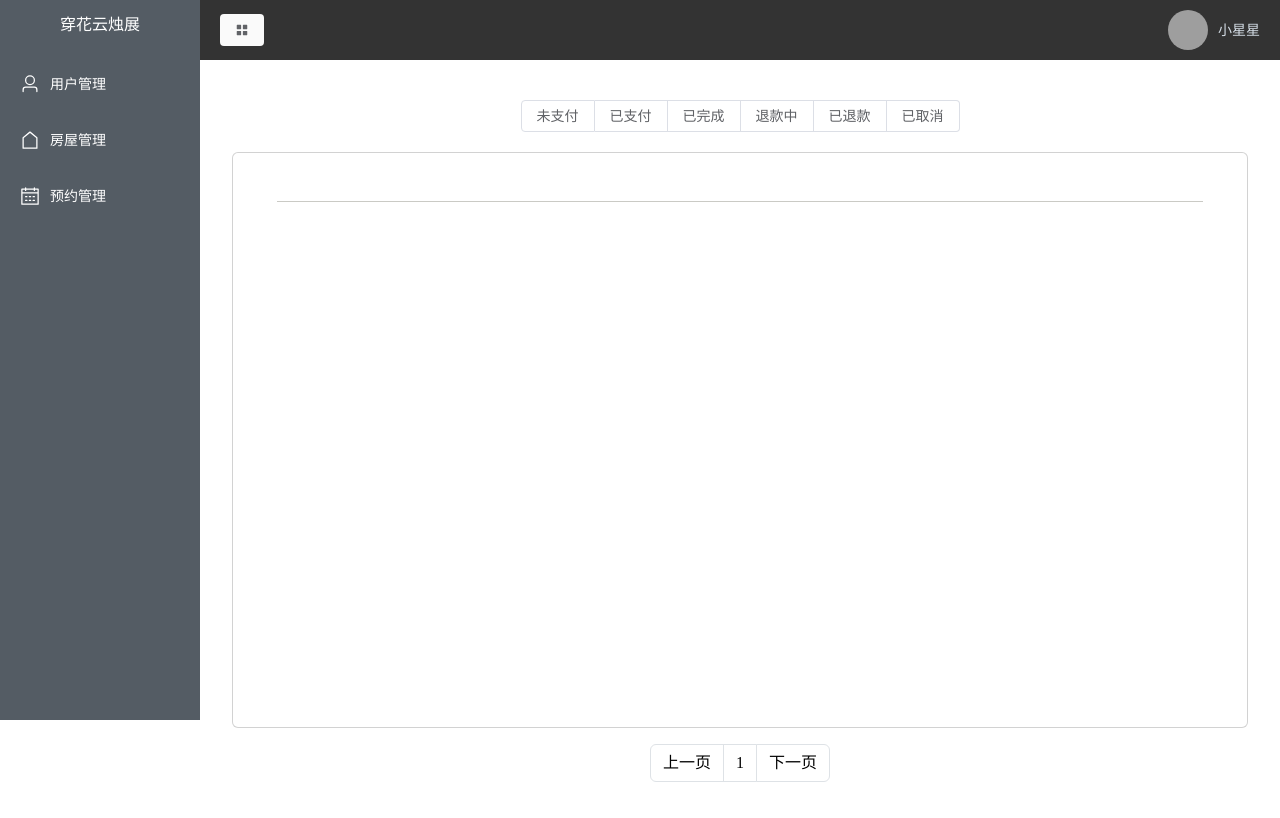
Repository: 3403784285-lucky/test-vue-big
Page: /manage/preview
The author's editor kept a copy of each file at every save. The page is drawn from the files as they stood at one save, then again after the next save.
The browser window is 1280 px wide. The pictures show the whole page.
Pictures or frames that could not be fetched are drawn as grey boxes. The page's requests for data from a server got no answer. The project was rebuilt for these pictures with package versions that can differ from the ones it lists, and the page was loaded fresh each time. No one was signed in, and anything a server would have sent is missing. Also part of the build but not shown: vite.config.js, src/components/HelloWorld.vue, src/components/WelcomeItem.vue, src/components/icons/IconDocumentation.vue, src/components/icons/IconTooling.vue, src/components/icons/IconEcosystem.vue, src/components/icons/IconCommunity.vue, src/components/icons/IconSupport.vue and 2 more. Imported but missing from the stored project, and not drawn on this page: src/views/user/UserPassword.vue.

Above is the page before, as saved 2024-06-22 11:24:00.

### src/main.js
/*
 * @Author: 3403784285-lucky 147294730+3403784285-lucky@users.noreply.github.com
 * @Date: 2023-11-22 15:07:09
 * @LastEditors: 3403784285-lucky 147294730+3403784285-lucky@users.noreply.github.com
 * @LastEditTime: 2023-12-07 16:18:51
 * @FilePath: \test-vue-big\src\main.js
 * @Description: 这是默认设置,请设置`customMade`, 打开koroFileHeader查看配置 进行设置: https://github.com/OBKoro1/koro1FileHeader/wiki/%E9%85%8D%E7%BD%AE
 */
import { createApp } from 'vue'
import pinia from './stores'
import App from './App.vue'
import router from './router'
import '@/assets/main.scss'
import 'jquery/dist/jquery.min'
import 'bootstrap/dist/css/bootstrap.css'
import 'bootstrap/dist/js/bootstrap'
import 'bootstrap/dist/js/bootstrap.bundle.min' // 注意这里使用了 bundle 版本，它包含了 Popper.js
import '@/assets/font/iconfont.css'

import ElementPlus from 'element-plus'//引入Element Plus库，用于创建UI界面
import 'element-plus/dist/index.css'//引入Element Plus库的CSS样式表
const app = createApp(App)
//带有凭证，跨域操作
// axios.defaults.withCredentials = true
app.use(pinia)
app.use(router)

app.use(ElementPlus);
app.mount('#app')

import * as ELIcons from '@element-plus/icons-vue'
// 全局导入element plus图标
for (let iconName in ELIcons) {
    app.component(iconName, ELIcons[iconName])
}

### src/stores/index.js
//pinia独立维护

import { createPinia } from 'pinia'
import { defineStore } from 'pinia';

import persist from 'pinia-plugin-persistedstate'
const pinia = createPinia()

pinia.use(persist)
//统一导出
export default pinia
export * from './modules/user'
export * from './modules/counter'

export * from './modules/time'
export const useButtonStore = defineStore('button', {
    state: () => ({
        fromButton: false
    }),
    actions: {
        setFromButton(value) {
            this.fromButton = value;
        }
    }
});

### src/App.vue
<script setup>


</script>

<template>
  <router-view ></router-view>
</template>

<style scoped>

*{
  padding: 0;
  margin: 0;
}


</style>
<!-- "lint-staged": {
       "*.{js,ts,vue}": [
         "eslint --fix"
       ]
     } -->

### src/assets/main.scss
body{
    margin: 0;
    background-color: #f5f5f5;
}
// fade-slide

### src/assets/font/iconfont.css
@font-face {
  font-family: "iconfont"; /* Project id 4248113 */
  src: url('iconfont.woff2?t=1702733858370') format('woff2'),
       url('iconfont.woff?t=1702733858370') format('woff'),
       url('iconfont.ttf?t=1702733858370') format('truetype');
}

.iconfont {
  font-family: "iconfont" !important;
  font-size: 16px;
  font-style: normal;
  -webkit-font-smoothing: antialiased;
  -moz-osx-font-smoothing: grayscale;
}

.icon-shouye:before {
  content: "\e614";
}

.icon-weizhi:before {
  content: "\e615";
}

.icon-jinggao:before {
  content: "\e627";
}

.icon-yishoucang:before {
  content: "\e622";
}

.icon-shangchuangequ:before {
  content: "\e62e";
}

.icon-yunxiazai:before {
  content: "\e601";
}

.icon-shoucang1:before {
  content: "\e602";
}

.icon-xiazai2:before {
  content: "\e667";
}

.icon-xiazai1:before {
  content: "\e635";
}

.icon-chuangjiangedan:before {
  content: "\e613";
}

.icon-shouqipinglun:before {
  content: "\e6a2";
}

.icon-fanhui:before {
  content: "\e71e";
}

.icon-OTCrenzheng:before {
  content: "\e641";
}

.icon-xinzeng:before {
  content: "\e616";
}

.icon-gedanbiaoqian:before {
  content: "\e6b9";
}

.icon-svg_nav_Like_press:before {
  content: "\e612";
}

.icon-bianji:before {
  content: "\e600";
}

.icon-shoucang:before {
  content: "\e611";
}

.icon-peach-flower:before {
  content: "\e674";
}

.icon-bofangqi-bofang:before {
  content: "\e6a4";
}

.icon-huifu:before {
  content: "\e625";
}

.icon-xunhuanbofang:before {
  content: "\e6cc";
}

.icon-jingyin:before {
  content: "\e6e5";
}

.icon-ks3_music:before {
  content: "\e662";
}

.icon-nansheng:before {
  content: "\e64a";
}

.icon-nvsheng:before {
  content: "\e64b";
}

.icon-shangyiyehoutuifanhui-xianxingyuankuang:before {
  content: "\e8ef";
}

.icon-xiayiyeqianjinchakangengduo-xianxingyuankuang:before {
  content: "\e8f0";
}

.icon-002jingyin:before {
  content: "\e675";
}

.icon-yinliang:before {
  content: "\e63c";
}

.icon-jushoucang:before {
  content: "\e643";
}

.icon-zanting:before {
  content: "\e618";
}

.icon-shangyishou-yuanshijituantubiao:before {
  content: "\e62c";
}

.icon-xiayishou-yuanshijituantubiao:before {
  content: "\e62d";
}

.icon-suspend:before {
  content: "\e67d";
}

.icon-bianzu03_x:before {
  content: "\e6f2";
}

.icon-bofang-xunhuanbofang:before {
  content: "\e68d";
}

.icon-icon-spring-pink:before {
  content: "\e725";
}

.icon-sousuo:before {
  content: "\e651";
}

.icon-remen:before {
  content: "\e8f4";
}

.icon-yinleliebiao:before {
  content: "\e67c";
}

.icon-kekeaiaixiaopenzai-:before {
  content: "\e60c";
}

.icon-ego-favorite:before {
  content: "\e610";
}

.icon-xiazai:before {
  content: "\e60e";
}

.icon-xihuan:before {
  content: "\e61d";
}

### src/stores/modules/user.js
import { defineStore } from 'pinia'
import { ref } from 'vue'

// 用户模块  token setToken removeToken

export const useUserStore = defineStore(
    'big-user',
    () => {
        const token = ref('')
        const userId = ref('0')
        const email = ref('')
        const name = ref('')
        const pic = ref('')

        const setToken = (newValue) => {
            token.value = newValue
        }

        const removeToken = () => {
            token.value = ''
        }

        const updateUserInfo = (newUserInfo) => {
            if (newUserInfo.userId !== undefined) {
                userId.value = newUserInfo.userId
            }
            if (newUserInfo.email !== undefined) {
                email.value = newUserInfo.email
            }
            if (newUserInfo.name !== undefined) {
                name.value = newUserInfo.name
            }
            if (newUserInfo.pic !== undefined) {
                pic.value = newUserInfo.pic
            }
        }

        return {
            token,
            userId,
            email,
            name,
            pic,
            setToken,
            removeToken,
            updateUserInfo
        }
    },
    {
        persist: true
    }
)

### src/stores/modules/counter.js
import { defineStore } from 'pinia'
import { ref } from 'vue'

//数字计数器模块

export const useCountStore = defineStore(
  'big-count',
  () => {
    const count = ref(60)
    const sub = () => {
      count.value--
    }
    return {
      count,
      sub
    }
  },
  {
    persist: {
      enabled: true,
      key: 'tempCount',
      storage: sessionStorage
    }
  }
)

### src/stores/modules/time.js
import { defineStore } from 'pinia'
import { ref } from 'vue'

//数字计数器模块

export const useTimeStore = defineStore(
  'temporary',
  () => {
    const house = ref({})
    const order = ref({})
    const finish = ref('')
    const cancel = ref('')
    const loading= ref(false)
    const refresh=ref(false)


    const activeTab = ref('待支付')
    return {
      house,
      order,
      activeTab,
      finish,
      loading,
      cancel,
      refresh
    }
  },
  {
    persist: {
      enabled: true,
      key: 'temp',
      storage: sessionStorage
    }
  }
)

### src/views/layout/ManagerLayout.vue
<template>
  <el-container>
    <el-aside width=auto>
      <CommonAside />
    </el-aside>
    <el-container>
      <el-header class="el-header"><CommonHeader /></el-header>
      <el-main>
        <router-view></router-view>
      </el-main>
    </el-container>
  </el-container>
</template>
<script setup>
import CommonAside from "@/views/menu/CommonAside.vue";
import CommonHeader from "@/views/menu/CommonHeader.vue";
</script>


<style lang="less" scoped>
.el-header{
  padding: 0px;
}
</style>

### src/views/back/PreviewManage.vue
<template>
  <div class="container">
  <div style="margin-top: 20px;margin-bottom: 20px; display: flex;justify-content: center;">
    <el-radio-group v-model="radio2" fill="black" @change="changeSelect">
      <el-radio-button label="未支付" value="0" />
      <el-radio-button label="已支付" value="1" />
      <el-radio-button label="已完成" value="2" />
      <el-radio-button label="退款中" value="-2" />
      <el-radio-button label="已退款" value="-3" />
      <el-radio-button label="已取消" value="-1" />

    </el-radio-group>
  </div>
    <div class="card manage-frame">
      <div class="container">
        <div class="row">
          <div class="col-md-2"></div>
        </div>

        <div class="split"></div>

        <div class="row" v-for="preview in previews" :key="preview.orderSkuId">
          <div class="img-frame col-md-1">
            <img class="img-fluid" :src="preview.housePic" alt="用户头像" />
          </div>
          <div class="name col-md-2">小星星{{ preview.userId }}</div>
          <div class="col-md-6 des-manage">
            {{ preview.description }}
          </div>
          <div class="col-md-1">
            <button
              type="button"
              class="down rounded-2"
              data-bs-toggle="modal"
              data-bs-target="#exampleModal"
              @click="getValue(preview)"
            >
              {{ changeName(preview.orderStatus) }}
            </button>
          </div>
          <div class="col-md-1">
            <button type="button" class="agree rounded-2">指派</button>
          </div>
          <div class="split"></div>
        </div>
      </div>
    </div>
    <nav aria-label="Page navigation example" class="test">
      <ul class="pagination justify-content-center">
        <li class="page-item">
          <a
            class="page-link"
            href="#"
            tabindex="-1"
            aria-disabled="true"
            @click="prePage"
            >上一页</a
          >
        </li>

        <li class="page-item">
          <a class="page-link" href="#">{{ page }}</a>
        </li>

        <li class="page-item">
          <a class="page-link" href="#" @click="nextPage">下一页</a>
        </li>
      </ul>
    </nav>
  </div>
  <div
    class="modal fade"
    id="exampleModal"
    tabindex="-1"
    aria-labelledby="exampleModalLabel"
    aria-hidden="true"
  >
    <div class="modal-dialog about-return">
      <div class="modal-content">
        <div class="modal-header">
          <h5 class="modal-title" id="exampleModalLabel">提示</h5>
          <button
            type="button"
            class="btn-close"
            data-bs-dismiss="modal"
            aria-label="Close"
          ></button>
        </div>
        <div class="modal-body">
          {{ changeContent(temp) }}
        </div>
        <div class="modal-footer">
          <button
            type="button"
            class="btn btn-secondary cancel"
            data-bs-dismiss="modal"
          >
            取消
          </button>
          <button
            type="button"
            class="btn bg-dark text-white"
            @click="dealWithPreview(temp)"
          >
            确定
          </button>
        </div>
      </div>
    </div>
  </div>
</template>

<script setup>
import { ref, onUnmounted } from 'vue'
import { useRouter } from 'vue-router'
import { useTimeStore } from '@/stores/index'
import $ from 'jquery'

import {
  clarifyOrderService,
  previewReturnService,
  houseCertainService
} from '@/api/house'




const radio2 = ref('New York')
const router = useRouter()
let previews = ref()
let timeStore = useTimeStore()
const temp = ref({
  orderSkuId: null,
  userId: null,
  orderSpuId: null,
  orderCreateTime: null,
  orderStatus: null,
  orderBadTime: null,
  orderEndTime: null,
  description: null,
  skuId: null,
  totalPrice: null
})
const page = ref(1)
const totalPage = ref()

const changeSelect=async(e)=>{

  if(e=="未支付"){
    const res=await clarifyOrderService(page.value,5,0)
    previews.value=res.data.data.records[0].orderSkus
  totalPage.value = res.data.data.pages


  }
  else if(e=="已支付"){
    const res=await clarifyOrderService(page.value,4,1)
    previews.value=res.data.data.records[0].orderSkus
  totalPage.value = res.data.data.pages




  }
  else if(e=="已取消"){
    const res=await clarifyOrderService(page.value,4,-1)
    previews.value=res.data.data.records[0].orderSkus
  totalPage.value = res.data.data.pages



  }
  else if(e=="已退款"){
    const res=await clarifyOrderService(page.value,4,-3)
    previews.value=res.data.data.records[0].orderSkus
  totalPage.value = res.data.data.pages



  }
  else if(e=="退款中"){
    const res=await clarifyOrderService(page.value,4,-3)
    previews.value=res.data.data.records[0].orderSkus
  totalPage.value = res.data.data.pages



  }else if(e=="已完成"){
    const res=await clarifyOrderService(page.value,4,2)
    previews.value=res.data.data.records[0].orderSkus
  totalPage.value = res.data.data.pages



  }

}

const getValue = (preview) => {
  temp.value = preview
  console.log('点击了')
}

const dealWithPreview = (preview) => {
  if (preview.orderStatus == -2) {
    agreeReturn(preview)
    preview.orderStatus = '-3'
    $('.cancel')[0].click()
  } else {
    seeHouse(preview)
  }
}

const init = async () => {
  const res = await clarifyOrderService(page.value,5,2)
  console.log(res.data.data)
   previews.value = res.data.data.records[0].orderSkus
  totalPage.value = res.data.data.pages
}
const changeName = (status) => {
  if (status == -2) {
    return '退款'
  } else {
    return '查看'
  }
}
const changeContent = (preview) => {
  console.log(preview.orderStatus)
  if (preview.orderStatus == -2) {
    return '您确定要同意该订单的退款吗'
  } else {
    return '您即将跳转到房屋详情页面，要继续操作吗？'
  }
}
onUnmounted(() => {
  $('.modal-backdrop').remove()
  $('body').removeClass('modal-open')
})
init()
//上一页
const prePage = () => {
  console.log('上一页')
  if (page.value != 1) {
    page.value--
    init()
  }
}
//同意退款
const agreeReturn = async (preview) => {
  await previewReturnService(preview)

  ElMessage.success('退款成功')
}
const seeHouse = async (preview) => {
  const res = await houseCertainService(preview)
  console.log(res.data)
  timeStore.house = res.data.data
  router.push('/house/channel')
}

//下一页
const nextPage = () => {
  console.log('下一页')
  if (page.value != totalPage.value) {
    page.value++
    init()
  }
}
</script>
<style scoped>
.manage-frame {
  padding: 2rem;
  height: 80vh;

}
.test {
  margin-top: 1rem;
  font-family: 'YouYuan';
}
.page-link {
  color: black;
}
.name {
  font-size: 0.9rem;
  font-family: 'YouYuan';
}
.freeze {
  width: 4rem;
  height: 2rem;
  font-size: 0.7rem;
  background-color: rgb(201, 105, 105);
  color: white;
  border: 0;
  outline: none;
}
.down {
  width: 3rem;
  height: 1.5rem;
  font-size: 0.7rem;
  background-color: rgb(201, 105, 105);
  color: white;
  border: 0;
  outline: none;
}

.agree {
  width: 3rem;
  height: 1.5rem;
  font-size: 0.7rem;
  background-color: rgb(73, 211, 156);
  color: white;
  border: 0;
  outline: none;
}
.split {
  height: 0.02rem;
  background-color: rgb(202, 202, 197);
  width: 100%;
  margin-top: 1rem;
  margin-bottom: 1rem;
}
.des-manage {
  font-size: 0.7rem;
  color: rgb(150, 155, 160);
}
</style>

### src/views/menu/CommonAside.vue
<template>
  <el-menu default-active="1-4-1" class="el-menu-vertical-demo" @open="handleOpen" @close="handleClose"
           :collapse="isCollapse" background-color="#545c64" text-color="#fff" active-text-color="#ffd04b">
    <!-- 要放到导航栏里面 -->
    <h3>{{ isCollapse ? "后台" : "穿花云烛展" }}</h3>
    <!-- 观察数据,我们发现name是唯一标识 -->
    <!-- 查看文档,index是唯一标识 -->
    <el-menu-item @click="clickItem(item)" v-for="item in noChildren" :key="item.name" :index="item.name">
      <!-- 直接使用图标组件 -->
      <component :is="item.icon" class="menu-icon" />
      <span slot="title">{{ item.label }}</span>
    </el-menu-item>
  </el-menu>
</template>

<script setup>
import { computed } from 'vue';
import { useRouter, useRoute } from 'vue-router';
import { useMenuStore } from '@/stores/modules/menuStore'; // 引入 Pinia Store
import {
  House,
  User,
  Calendar
} from '@element-plus/icons-vue';

const icons = {
  House,
  User,
  Calendar
};

const MenuData = [
  {
    name: 'userManagement',
    label: '用户管理',
    icon: User,
    path: '/manage/user',
    url: '/manage/user'
  },
  {
    name: 'houseManagement',
    label: '房屋管理',
    icon: House,
    path: '/manage/house',
    url: '/manage/house'
  },
  {
    name: 'previewManagement',
    label: '预约管理',
    icon: Calendar,
    path: '/manage/preview',
    url: '/manage/preview'
  }
];

// 动态解析图标组件
const resolveIconComponent = (iconName) => {
  return icons[iconName] || null;
};

// 使用 Pinia Store
const menuStore = useMenuStore();

// 获取折叠状态
const isCollapse = computed(() => menuStore.isCollapse);

// 获取路由实例
const router = useRouter();
const route = useRoute();

// 处理菜单项点击事件，导航到指定路径
const clickItem = (item) => {
  // 防止重复点击同一路径报错
  if (route.path !== item.path && !(route.path === '/manager-layout' && item.path === '/manage/user')) {
    router.push(item.path);
  }
};

// 处理菜单打开事件
const handleOpen = (key, keyPath) => {
  console.log('打开菜单:', key, keyPath);
};

// 处理菜单关闭事件
const handleClose = (key, keyPath) => {
  console.log('关闭菜单:', key, keyPath);
};

// 计算属性，过滤没有子菜单的菜单项
const noChildren = computed(() => {
  return MenuData.filter(item => !item.children);
});

// 计算属性，过滤有子菜单的菜单项
const hasChildren = computed(() => {
  return MenuData.filter(item => item.children);
});
</script>

<style scoped>
.el-menu-vertical-demo:not(.el-menu--collapse) {
  width: 200px;
  min-height: 400px;
}

.el-menu {
  height: 100vh;
  border-right: none;

  h3 {
    text-align: center;
    line-height: 48px;
    color: #fff;
    font-size: 16px;
    font-weight: 400;
  }
}

.menu-icon {
  margin-right: 10px;
  font-size: 20px; /* 调整图标大小 */
  width: 1em;
  height: 1em;
  display: inline-flex;
  align-items: center;
  justify-content: center;
}
</style>

### src/views/menu/CommonHeader.vue
<template>
  <div class="header-container">
    <div class="l-content">
      <el-button @click="handleMenu" size="mini" class="custom-button">
        <el-icon><Menu /></el-icon>
      </el-button>
    </div>
    <div class="r-content">
      <el-dropdown>
        <span class="el-dropdown-link" @click.stop>
          <img class="user" src="https://tse3-mm.cn.bing.net/th/id/OIP-C.XnNffgb1NFyj1bxHEXyzsQAAAA?w=210&h=210&c=7&r=0&o=5&dpr=2&pid=1.7" alt="头像">
          <span class="username">小星星</span>
        </span>
        <template #dropdown>
          <el-dropdown-menu>
            <el-dropdown-item>个人信息</el-dropdown-item>
            <el-dropdown-item>退出</el-dropdown-item>
          </el-dropdown-menu>
        </template>
      </el-dropdown>
    </div>
  </div>
</template>

<script setup>
import { Menu } from '@element-plus/icons-vue';
import { useMenuStore } from '@/stores/modules/menuStore'; // 引入 Pinia Store

const menuStore = useMenuStore(); // 使用 Pinia Store

const handleMenu = () => {
  menuStore.toggleCollapse(); // 调用 Pinia Store 的方法
};
</script>

<style lang="less" scoped>
.header-container {
  background-color: #333;
  height: 60px;

  // 让按钮和头像居中
  display: flex;
  justify-content: space-between;
  align-items: center;
  // 不要紧贴边框
  padding: 0 20px;

  .el-dropdown-link {
    display: flex;
    align-items: center;
    cursor: pointer;
    color: #d5dee7;

    .user {
      width: 40px;
      height: 40px;
      // 50%变圆形
      border-radius: 50%;
    }

    .username {
      margin-left: 10px;
      color: #d5dee7;
    }
  }
}

/* 自定义按钮样式 */
.custom-button {
  background-color: #fafafa; /* 默认背景色 */
  color: #616367; /* 默认文字颜色 */
  border: none; /* 无边框 */
}

.custom-button:hover {
  background-color: #616367; /* 悬停背景色 */
  color: #fff; /* 悬停文字颜色 */
}

.custom-button:active {
  background-color: #616367; /* 悬停背景色 */
  color: #fff; /* 悬停文字颜色 */
}
</style>

### src/utils/request.js
import { useUserStore } from '@/stores'
import { ElMessage } from 'element-plus'
import router from '@/router'
import axios from 'axios'

const baseURL = 'http://localhost:8080'

const instance = axios.create({
    baseURL,
    timeout: 60000
    //   headers: { 'X-Custom-Header': 'foobar' }
})

// 添加请求拦截器
axios.interceptors.request.use(
    (config) => {
        // 在发送请求之前做些什么
        const useStore = useUserStore()
        if (useStore.token) {
            config.headers.Authorization = useStore.token
        }
        return config
    },
    function (error) {
        // 处理请求错误
        return Promise.reject(error)
    }
)

// 添加响应拦截器
axios.interceptors.response.use(
    function (response) {
        // 2xx 状态码都会触发此函数
        // 处理响应数据
        if (
            response.data.code === 0 ||
            response.data.code == 506 ||
            response.data.code == 503
        ) {
            return response
        }
        ElMessage.error(response.data.message || '服务异常')
        return Promise.reject(response.data)
    },
    function (error) {
        // 处理响应错误
        // 特殊情况 401 未授权或者token过期=>跳转到登录页
        if (error.response?.status === 401) {
            router.push('/login')
        }
        // 默认情况下的错误处理
        ElMessage.error(error.response.data.message || '服务异常')
        return Promise.reject(error)
    }
)

export default instance
export { baseURL }

### src/stores/modules/menuStore.js
import { defineStore } from 'pinia';

export const useMenuStore = defineStore('menu', {
    state: () => ({
        isCollapse: false, // 导航栏是否折叠
    }),
    actions: {
        // 切换导航栏展开和收起的方法
        toggleCollapse() {
            this.isCollapse = !this.isCollapse;
        }
    }
});

Loaded but not shown: index.html (common file); src/router/index.js (172 lines, source omitted); src/api/house.js (249 lines, source omitted)

After the next save:
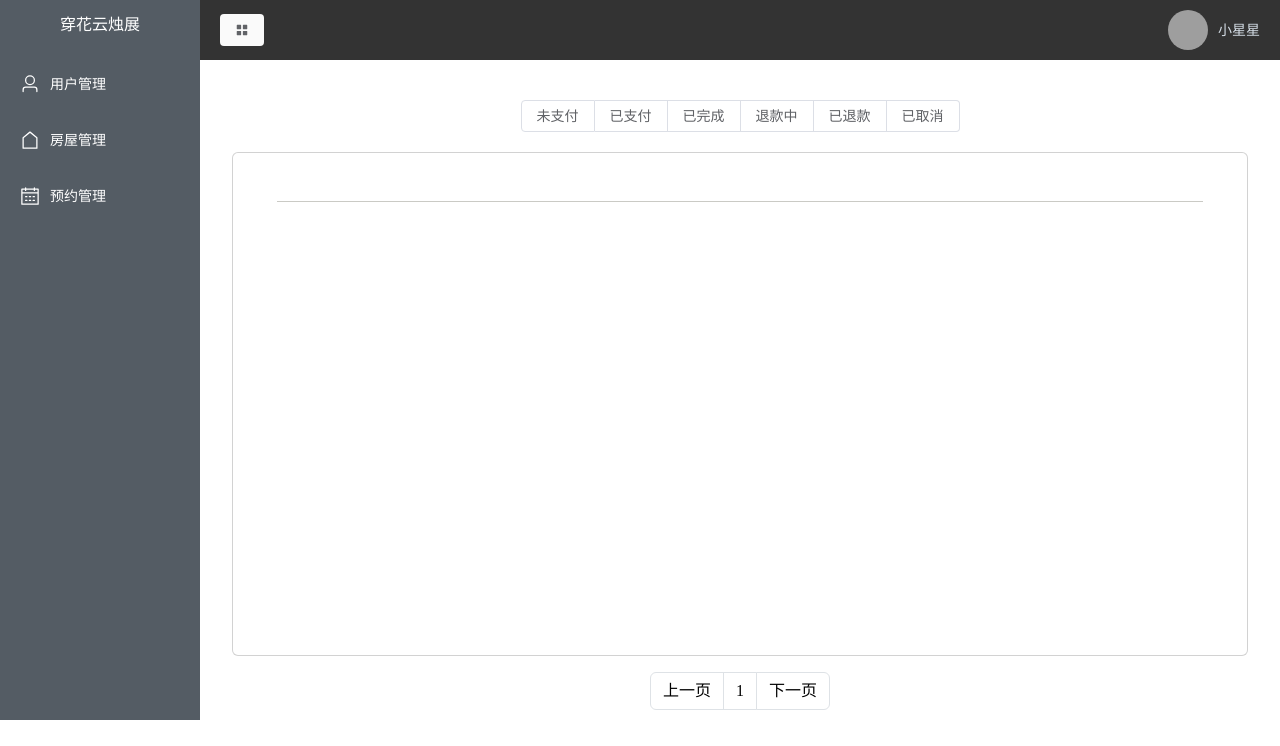
Saved 6 s later.
--- a/src/views/back/PreviewManage.vue
+++ b/src/views/back/PreviewManage.vue
@@ -270,7 +270,7 @@ const nextPage = () => {
 <style scoped>
 .manage-frame {
   padding: 2rem;
-  height: 80vh;
+  height: 70vh;
 
 }
 .test {
